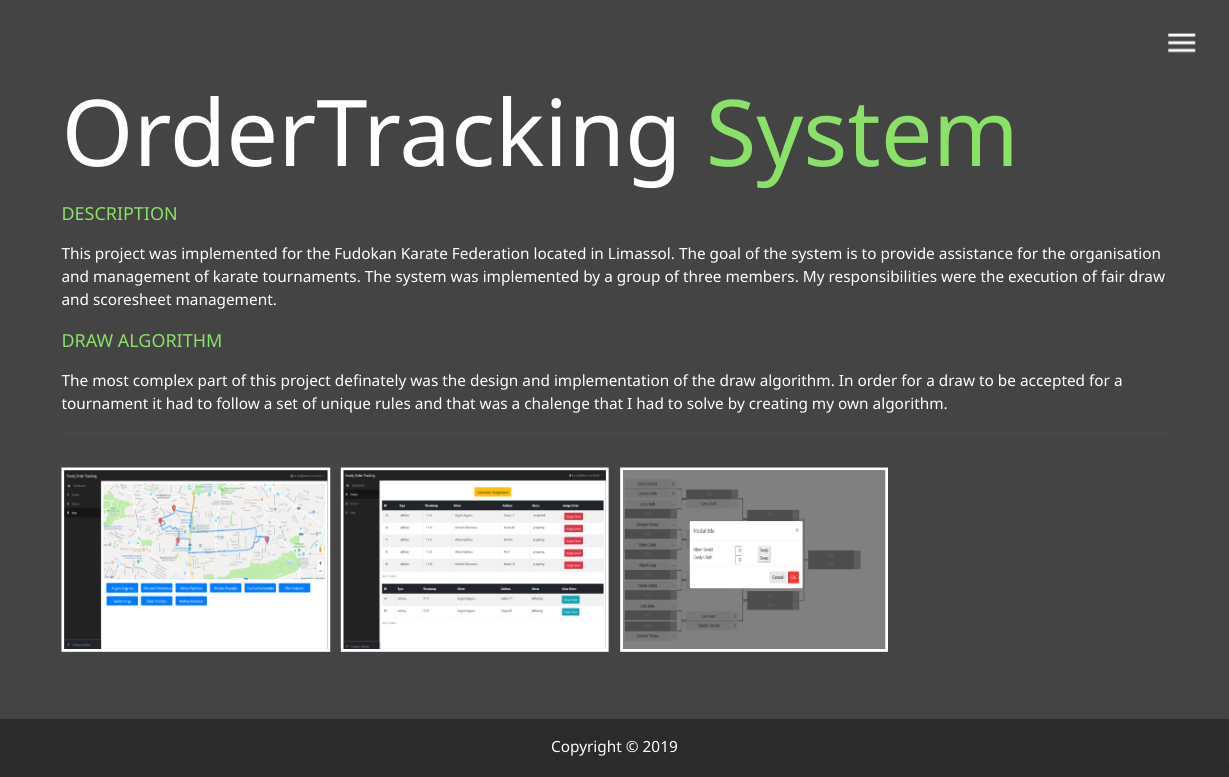
Repository: Preap/portfolio
Page: dist/projects/ordertracking.html
An editor plug-in stored every save of this project. The page is shown before and after the next save, followed by the edit.
The browser window is 1280 px wide. The pictures show the whole page, at 96% of full size.
Some web libraries are served in a nearby version.

Above is the page before, as saved 2019-06-06 01:33:30.

After the next save:
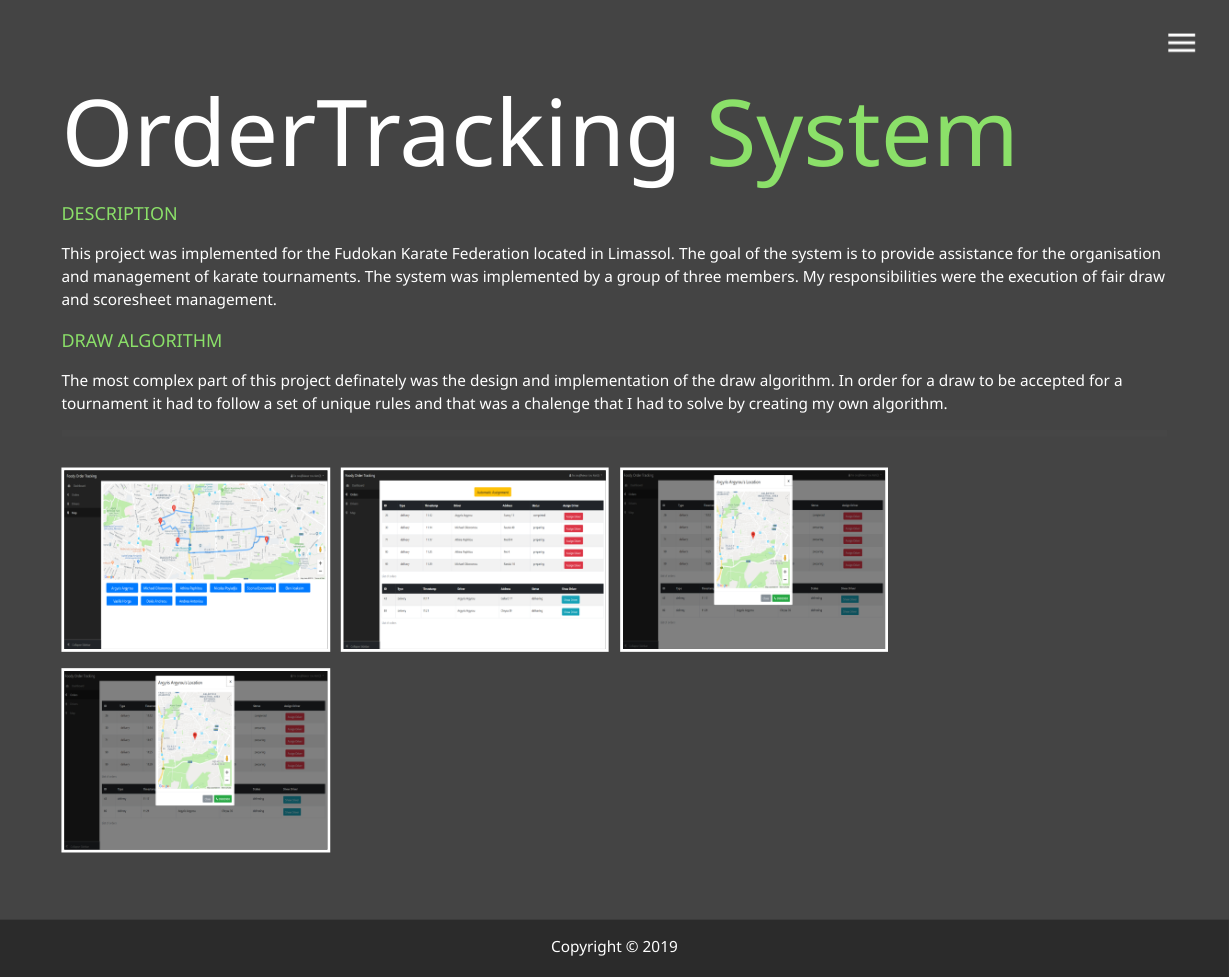
Saved 2 min 7 s later.
--- a/dist/projects/ordertracking.html
+++ b/dist/projects/ordertracking.html
@@ -65,18 +65,22 @@
       <div class="projects">
         <div class="item">
           <a href="#!">
-            <img src="../img/projects/ordertracking/image1.jpg" alt="karate_image" />
+            <img src="../img/projects/ordertracking/image1.jpg" alt="ordertracking_image" />
           </a>
         </div>
         <div class="item">
           <a href="#!">
-            <img src="../img/projects/ordertracking/image2.jpg" alt="karate_image" />
+            <img src="../img/projects/ordertracking/image2.jpg" alt="ordertracking_image" />
           </a>
         </div>
         <div class="item">
           <a href="#!">
-            <img src="../img/projects/karate/image3.jpg" alt="karate_image" />
-      </div>
+            <img src="../img/projects/ordertracking/image3.jpg" alt="ordertracking_image" />
+        </div>
+        <div class="item">
+                <a href="#!">
+                  <img src="../img/projects/ordertracking/image3.jpg" alt="ordertracking_image" />
+              </div>
       <br>
 
     </main>
